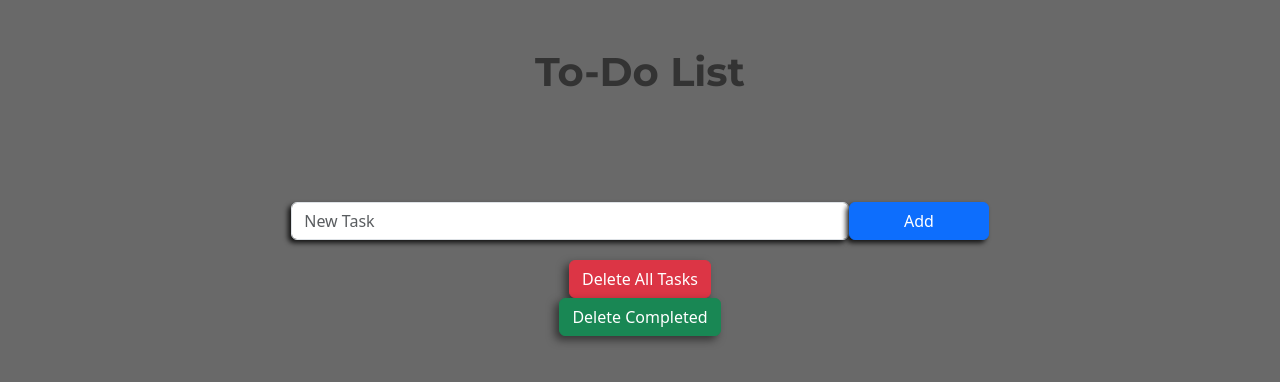
Repository: PituMia/TODO-List
Page: /
These files come from the project's save history. The page is drawn as it stood at one moment and after the next save; the edit follows.
The browser window is 1280 px wide. The pictures show the whole page.
The project was rebuilt for these pictures with package versions that can differ from the ones it lists, and the page was loaded fresh each time. Also part of the build but not shown: vite.config.js, src/assets/css/App.css, src/assets/css/Task.css, src/assets/components/Task.jsx.

Above is the page before, as saved 2025-02-01 17:16:09.

After the next save:
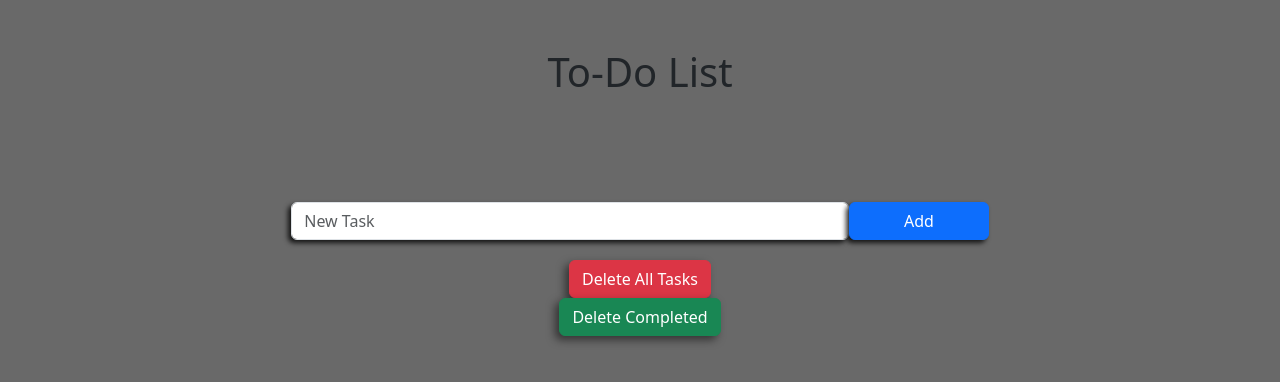
Saved 11 s later.
--- a/src/assets/css/header.css
+++ b/src/assets/css/header.css
@@ -1,10 +1,14 @@
 @import url('https://fonts.googleapis.com/css2?family=Montserrat:wght@700&display=swap');
 
-.head {
-    font-family: 'Montserrat', sans-serif;
-    font-size: 50vw;
-    font-weight: 700;
+.header {
+    font-family: 'Playfair Display', serif; /* Fuente bonita */
+    font-size: 10rem; /* Tamaño grande */
+    font-weight: 700; /* Estilo en negrita */
     text-align: center;
-    color: #333333;
-
+    letter-spacing: 2px; /* Espaciado entre letras */
+    line-height: 1.1; /* Ajuste de altura de línea */
+    color: #333; /* Color del texto */
+    margin: 0; /* Eliminar márgenes */
+    padding: 1rem; /* Espaciado interno */
+    text-transform: uppercase; /* Capitalizar el texto */
 }
